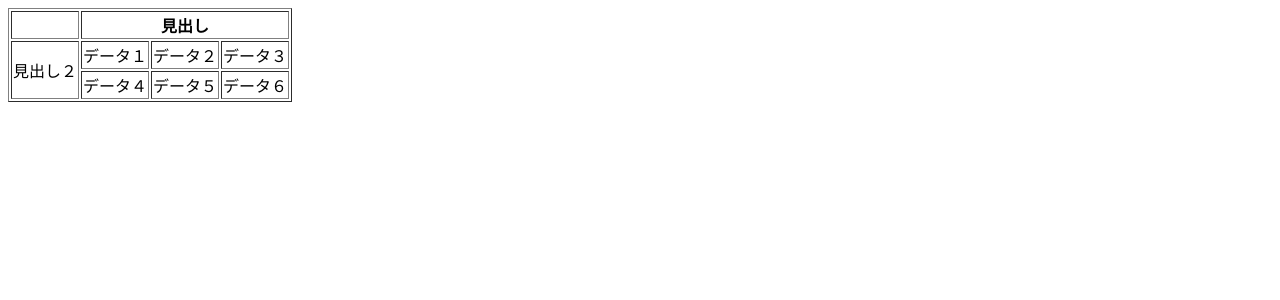
Repository: 9136424556/todo01
Page: coachtech/html-css/indexNO.4.html
The author's editor kept a copy of each file at every save. The page is drawn from the files as they stood at one save, then again after the next save.
The browser window is 1280 px wide. The pictures show the whole page.

Above is the page before, as saved 2023-11-20 07:28:33.

### coachtech/html-css/indexNO.4.html
<table border="1">
 <tr>
    <th></th>
    <th colspan="3">見出し</th>
 </tr>
 <tr>
     <td rowspan="2">見出し２</td>
     <td>データ１</td>
     <td>データ２</td>
     <td>データ３</td>
 </tr>
 <tr>
    <td>データ４</td>
    <td>データ５</td>
    <td>データ６</td>
 </tr>
</table>

After the next save:
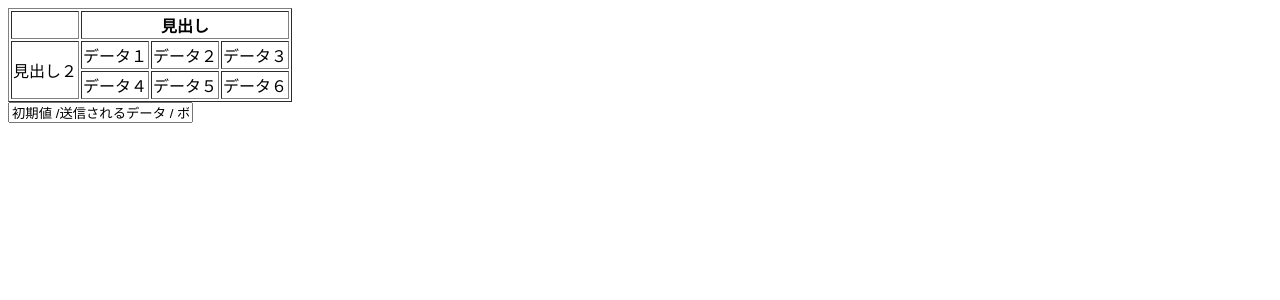
Saved 31 h 7 min later.
--- a/coachtech/html-css/indexNO.4.html
+++ b/coachtech/html-css/indexNO.4.html
@@ -15,3 +15,4 @@
     <td>データ６</td>
  </tr>
 </table>
+<input type="部品の種類" name="部品の名前" value="初期値 /送信されるデータ / ボタンのラベル">
